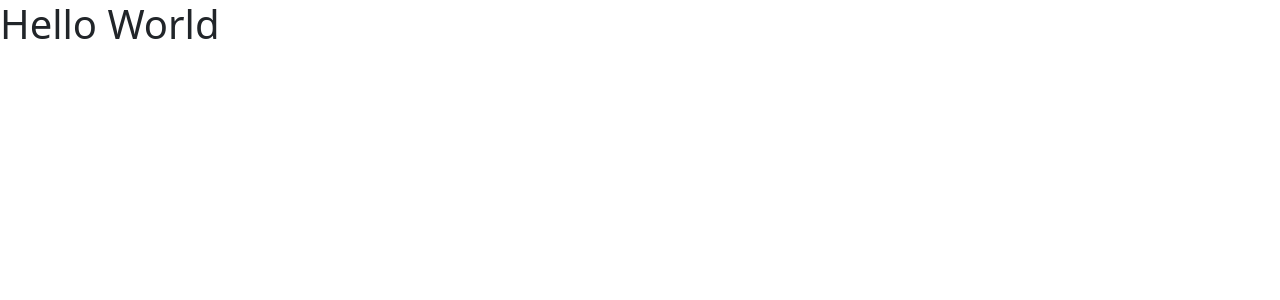
Repository: ahmad-dev7/TrendWear
Page: / (app in trend_wear_dashboard/)
These files come from the project's save history. The page is drawn as it stood at one moment and after the next save; the edit follows.
The browser window is 1280 px wide. The pictures show the whole page.
The project was rebuilt for these pictures with package versions that can differ from the ones it lists, and the page was loaded fresh each time. Also part of the build but not shown: trend_wear_dashboard/vite.config.ts.

Above is the page before, as saved 2025-01-18 10:42:52.

### trend_wear_dashboard/src/App.tsx
import Message from './message';

function App() {
  return <div><Message></Message></div>
}

export default App;

### trend_wear_dashboard/src/message.tsx
function Message() {
    return <h1>Hello World</h1>;
}

export default Message;

### trend_wear_dashboard/src/ListTile.tsx
function ListTile() {
  return (
    <ul className="list-group">
      <li className="list-group-item active" aria-current="true">
        Active
      </li>
      <li className="list-group-item">A second item</li>
      <li className="list-group-item">A third item</li>
      <li className="list-group-item">A fourth item</li>
      <li className="list-group-item">And a fifth one</li>
    </ul>
  );
}

export default ListTile;

Loaded but not shown: trend_wear_dashboard/index.html (common file); trend_wear_dashboard/src/main.tsx (common file)

After the next save:
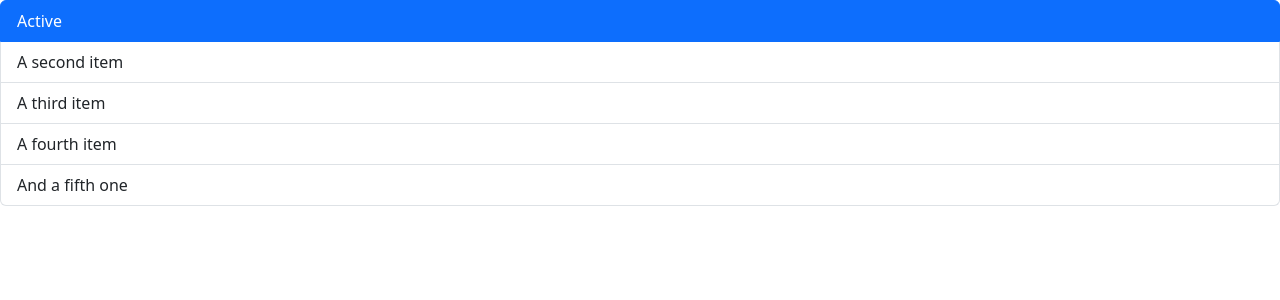
Saved 4 s later.
--- a/trend_wear_dashboard/src/App.tsx
+++ b/trend_wear_dashboard/src/App.tsx
@@ -1,7 +1,11 @@
-import Message from './message';
+import Message from "./ListTile";
 
 function App() {
-  return <div><Message></Message></div>
+  return (
+    <div>
+      <Message></Message>
+    </div>
+  );
 }
 
 export default App;
